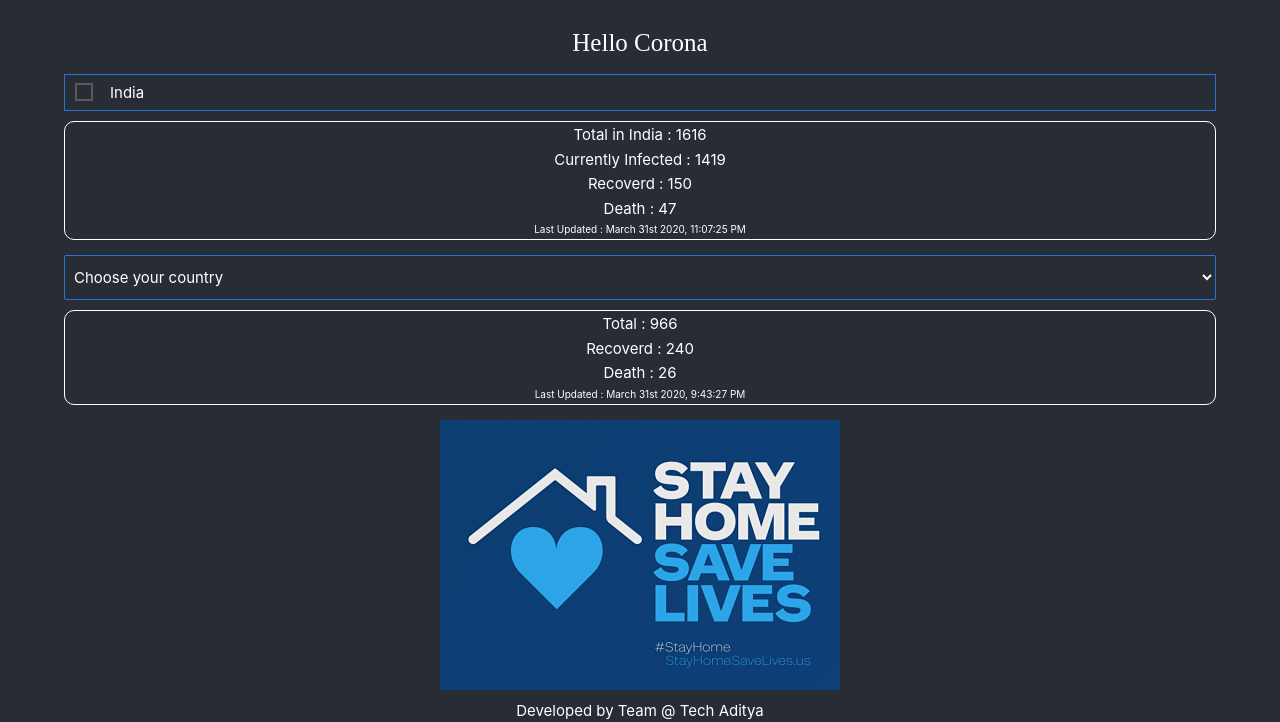
Repository: aptvaibhav/covid19
Page: /
These files come from the project's save history. The page is drawn as it stood at one moment and after the next save; the edit follows.
The browser window is 1280 px wide. The pictures show the whole page.
The page's requests for data from a server got no answer. The project was rebuilt for these pictures with package versions that can differ from the ones it lists, and the page was loaded fresh each time. No one was signed in, and anything a server would have sent is missing.

Above is the page before, as saved 2020-04-01 00:16:42.

### public/index.html
<!DOCTYPE html>
<html lang="en">
  <head>
    <meta charset="utf-8" />
    <link rel="icon" href="%PUBLIC_URL%/favicon.ico" />
    <meta name="viewport" content="width=device-width, initial-scale=1" />
    <meta name="theme-color" content="#000000" />
    <meta
      name="description"
      content="Web site created using create-react-app"
    />
    <link rel="apple-touch-icon" href="%PUBLIC_URL%/logo192.png" />

    <!-- Compiled and minified CSS -->
    <link rel="stylesheet" href="https://cdnjs.cloudflare.com/ajax/libs/materialize/1.0.0/css/materialize.min.css">

    <!-- Compiled and minified JavaScript -->
    <script src="https://cdnjs.cloudflare.com/ajax/libs/materialize/1.0.0/js/materialize.min.js"></script>
    <!--
      manifest.json provides metadata used when your web app is installed on a
      user's mobile device or desktop. See https://developers.google.com/web/fundamentals/web-app-manifest/
    -->
    <link rel="manifest" href="%PUBLIC_URL%/manifest.json" />
    <!--
      Notice the use of %PUBLIC_URL% in the tags above.
      It will be replaced with the URL of the `public` folder during the build.
      Only files inside the `public` folder can be referenced from the HTML.

      Unlike "/favicon.ico" or "favicon.ico", "%PUBLIC_URL%/favicon.ico" will
      work correctly both with client-side routing and a non-root public URL.
      Learn how to configure a non-root public URL by running `npm run build`.
    -->
    <title>React App</title>
  </head>
  <body>
    <noscript>You need to enable JavaScript to run this app.</noscript>
    <div id="root"></div>
    <!--
      This HTML file is a template.
      If you open it directly in the browser, you will see an empty page.

      You can add webfonts, meta tags, or analytics to this file.
      The build step will place the bundled scripts into the <body> tag.

      To begin the development, run `npm start` or `yarn start`.
      To create a production bundle, use `npm run build` or `yarn build`.
    -->
  </body>
</html>

### src/App.js
import React, { Component } from 'react';
import countries from './country.json';
import './App.css';
import stayHome from './stayHome.png'

class App extends Component {
  state = {
    covid : []
  }
  componentDidMount() {
    fetch('https://api.covid19india.org/data.json')
      .then(res => res.json())
      .then(data => this.setState({
        covid : data
      }));
  }

  constructor(props) {
    super(props);
  }

  render() {
    return (
      <div className="App">
        <div className="header">
          <h3>Hello Corona</h3>
        </div>

        <div className="indiaDetail">
          <label className="indiaHeader">
            <input id="indeterminate-checkbox" type="checkbox"/>
              <span className="indiaSelect">India</span>
            </label>
            <div className="indiaStates">
              <div className="stateBox">
                <p>Total <span>in India</span> : 1616</p>
                <p>Currently Infected : 1419</p>
                <p>Recoverd : 150</p>
                <p>Death : 47</p>
                <p className="lastUpdated">Last Updated : March 31st 2020, 11:07:25 PM</p>
              </div>
            </div>
          </div>

        <div className="selectCountry">
          <select className="browser-default chooseOption">
            <option value="">Choose your country</option>
            {countries.map((data,idx)=>{
              return (
                <option value={data.code} key={idx}> {data.name} {data.emoji}</option>
              )
            })}
          </select>
        </div>


        <div className="otherDetail">
          <div className="indiaStates">
            <div className="stateBox">
              <p>Total : 966</p>
              <p>Recoverd : 240</p>
              <p>Death : 26</p>
              <p className="lastUpdated">Last Updated : March 31st 2020, 9:43:27 PM</p>
            </div>
          </div>
        </div>

        <div className="stayHome">
          <img src= {stayHome}/>
        </div>

        <footer className="footerCss">
          Developed by Team @ Tech Aditya
        </footer>

      </div>
    );
  }
}

export default App;

### src/App.css
.App, body {
  text-align: center;
  background-color: #282c34;
}

.App-logo {
  height: 40vmin;
  pointer-events: none;
}

@media (prefers-reduced-motion: no-preference) {
  .App-logo {
    animation: App-logo-spin infinite 20s linear;
  }
}

.App-header {
  background-color: #282c34;
  min-height: 100vh;
  display: flex;
  flex-direction: column;
  align-items: center;
  justify-content: center;
  font-size: calc(10px + 2vmin);
  color: white;
}

.App-link {
  color: #61dafb;
}

@keyframes App-logo-spin {
  from {
    transform: rotate(0deg);
  }
  to {
    transform: rotate(360deg);
  }
}

.header h3 {
  font-size: 25px;
  color: #fff;
  font-family: serif;
}

.indiaDetail, .indiaStates, .selectCountry {
  display: flex;
  flex-direction: column;
  align-items: center;
}

.indiaHeader {
  width: 90%;
  border: 1px solid #2776cc;
  margin-bottom: 10px;
}

.selectCountry select {
  color: #fff!important;
  width: 90%;
  border: 1px solid #2776cc!important;
}

.otherDetail {
  display: flex;
  flex-direction: column;
  align-items: center;
  margin-top: 10px;
}

.indiaStates {
  width: 100%;
  color: #fff;
}

.stateBox {
  width: 90%;
  border: 1px solid #fff;
  border-radius: 10px;
  margin-bottom: 15px;
}

.stateBox p {
  margin-top: 2px;
  margin-bottom: 2px;
}

.lastUpdated {
  font-size: 10px;
}

.stayHome {
  width: 90%;
  display: flex;
  flex-direction: column;
  align-items: center;
  text-align: center;
  margin-left: auto;
  margin-right: auto;
}

.stayHome img {
  max-width: 100%;
  max-height: 100%;
  display: block;
}

.footerCss {
  margin-top: 10px;
  color: #fff;
}

.indiaSelect {
  float: left;
  margin-left: 10px;
  margin-top: 5px;
  margin-bottom: 5px;
  color: #fff;
}

.chooseOption {
  background-color: transparent!important;
}

Loaded but not shown: src/index.js (common file); src/index.css (common file); src/serviceWorker.js (common file); src/country.json (1544 lines, source omitted)

After the next save:
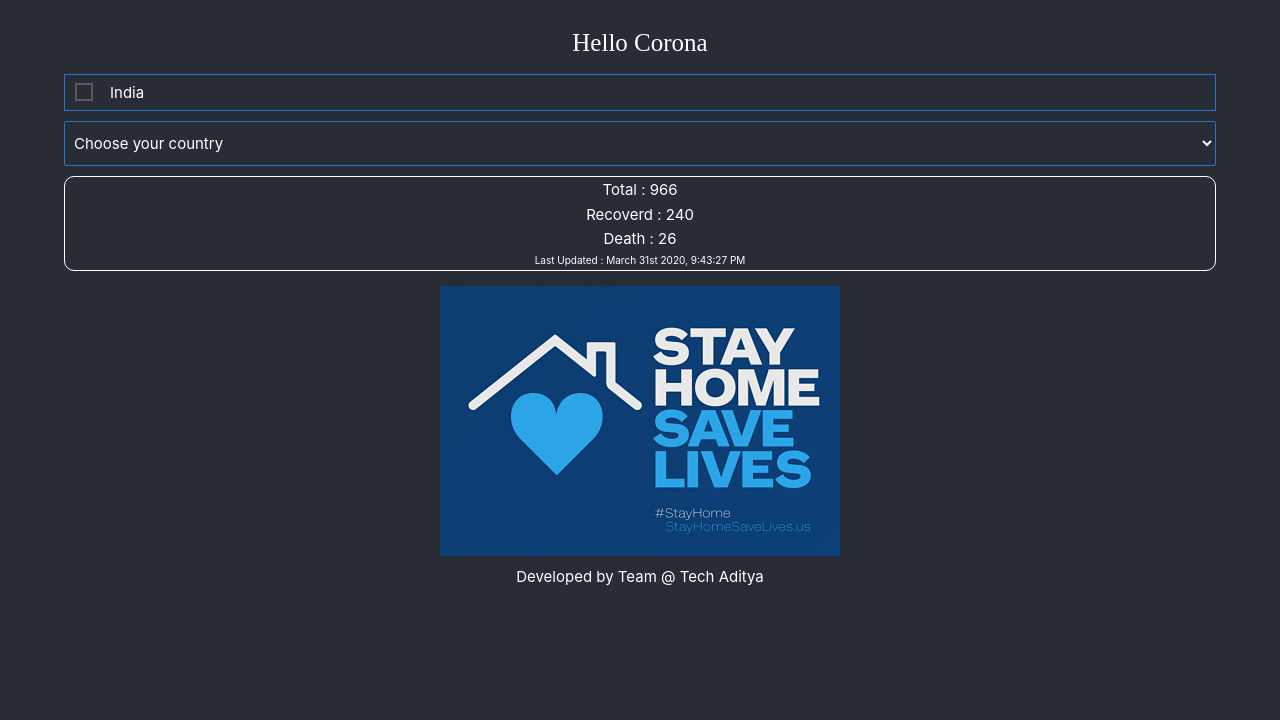
Saved 106 s later.
--- a/src/App.js
+++ b/src/App.js
@@ -32,13 +32,14 @@
               <span className="indiaSelect">India</span>
             </label>
             <div className="indiaStates">
-              <div className="stateBox">
-                <p>Total <span>in India</span> : 1616</p>
-                <p>Currently Infected : 1419</p>
-                <p>Recoverd : 150</p>
-                <p>Death : 47</p>
-                <p className="lastUpdated">Last Updated : March 31st 2020, 11:07:25 PM</p>
-              </div>
+              {this.state.covid && this.state.indiaLoaded ?
+                <div className="stateBox">
+                  <p>Total <span>in India</span> : 1616</p>
+                  <p>Currently Infected : 1419</p>
+                  <p>Recoverd : 150</p>
+                  <p>Death : 47</p>
+                  <p className="lastUpdated">Last Updated : March 31st 2020, 11:07:25 PM</p>
+                </div> : null }
             </div>
           </div>
 
